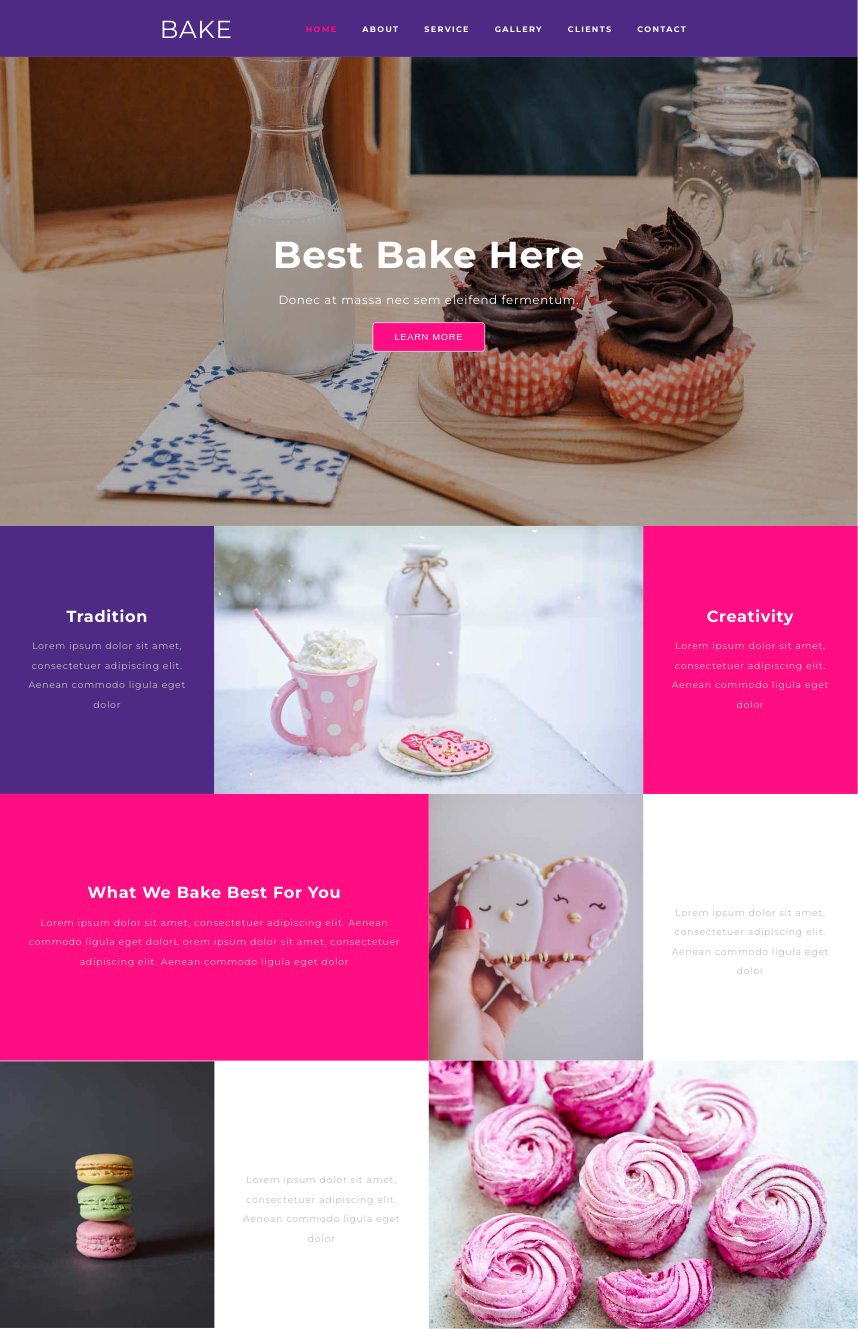
Repository: ducdatit2002/bake-cake
Page: index.html
The author's editor kept a copy of each file at every save. The page is drawn from the files as they stood at one save, then again after the next save.
The browser window is 1280 px wide. The pictures show the whole page, at 67% of full size.

Above is the page before, as saved 2023-07-13 12:39:21.

After the next save:
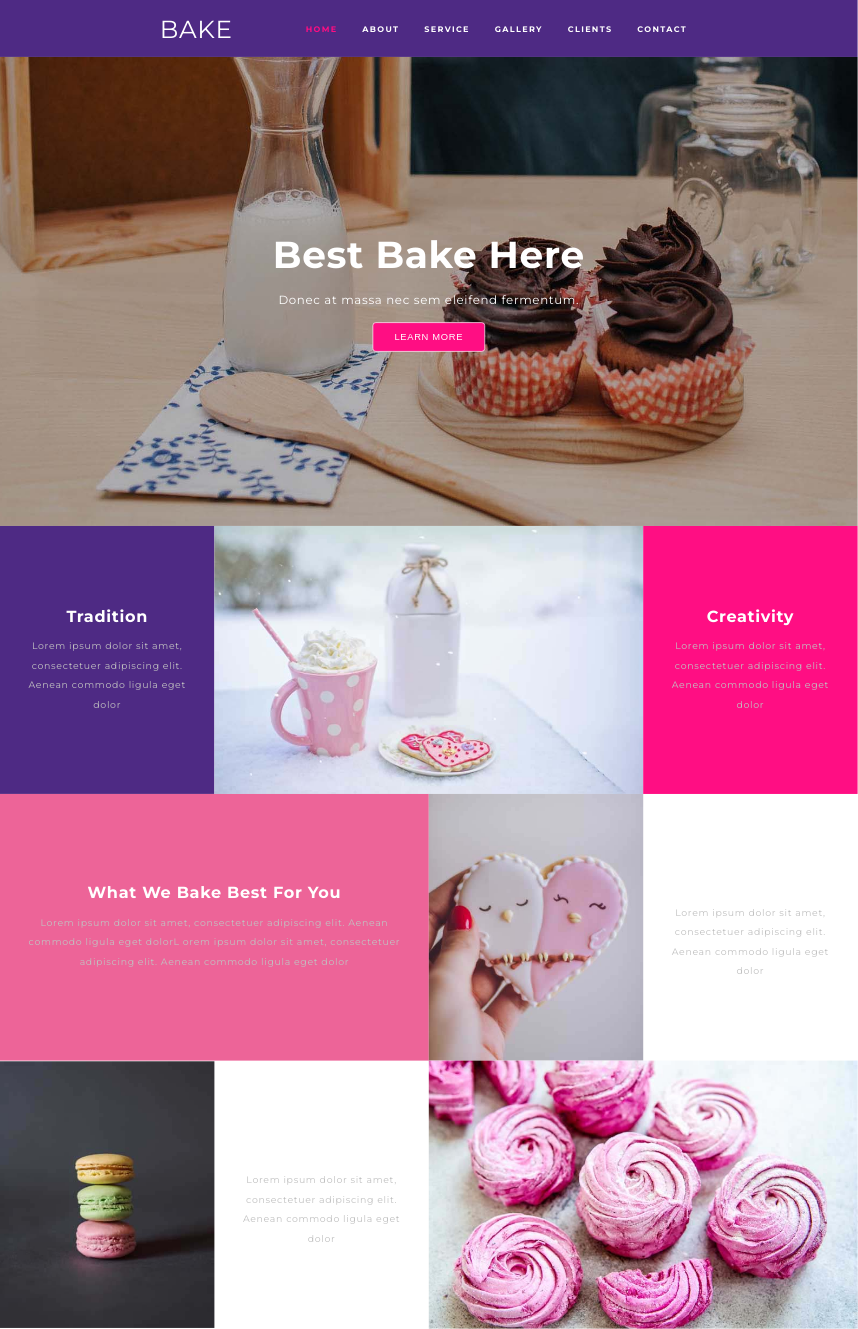
Saved 33 s later.
--- a/index.css
+++ b/index.css
@@ -147,5 +147,5 @@ header {
     background-color: #ff0e83;
 }
 .intro .intro__item:nth-child(4) {
-    background-color: #ff0e83;
+    background-color: #ed6498;
 }
